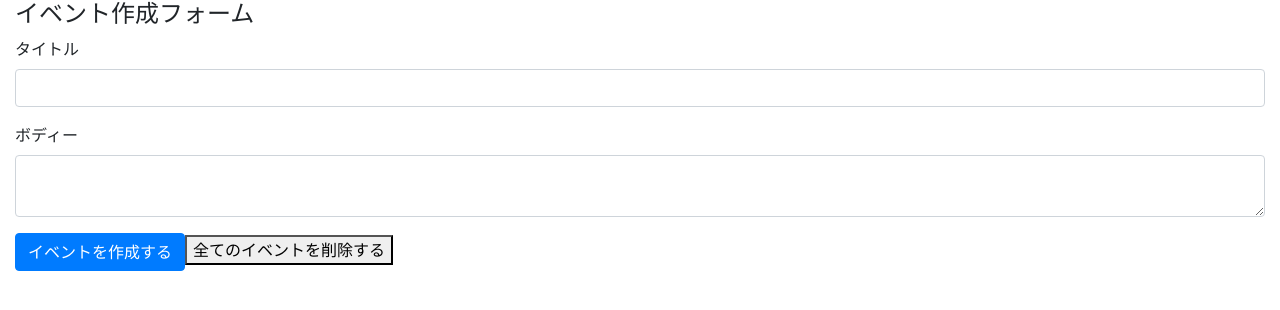
Repository: yujiuehara/my-app
Page: /
An editor plug-in stored every save of this project. The page is shown before and after the next save, followed by the edit.
The browser window is 1280 px wide. The pictures show the whole page.
The project was rebuilt for these pictures with package versions that can differ from the ones it lists, and the page was loaded fresh each time.

Above is the page before, as saved 2020-05-04 02:11:15.

### src/components/App.js
import React from 'react';
import 'bootstrap/dist/css/bootstrap.min.css'

const App = () => {
  return (
    <div className="container-fluid">
      <h4>イベント作成フォーム</h4>
      <form>
        <div className="form-group">
          <label htmlFor="formEventTitle">タイトル</label>
          <input className="form-control" id="formEventTitle"/>
        </div>

        <div className="form-group">
          <label htmlFor="formEventBody">ボディー</label>
          <textarea className="form-control" id="formEventBody"/>
        </div>

        <button className="btn btn-primary">イベントを作成する</button>
        <button>全てのイベントを削除する</button>
      </form>
    </div>
  );
}

export default App;

Loaded but not shown: public/index.html (common file); src/index.js (common file); src/index.css (common file); src/serviceWorker.js (common file)

After the next save:
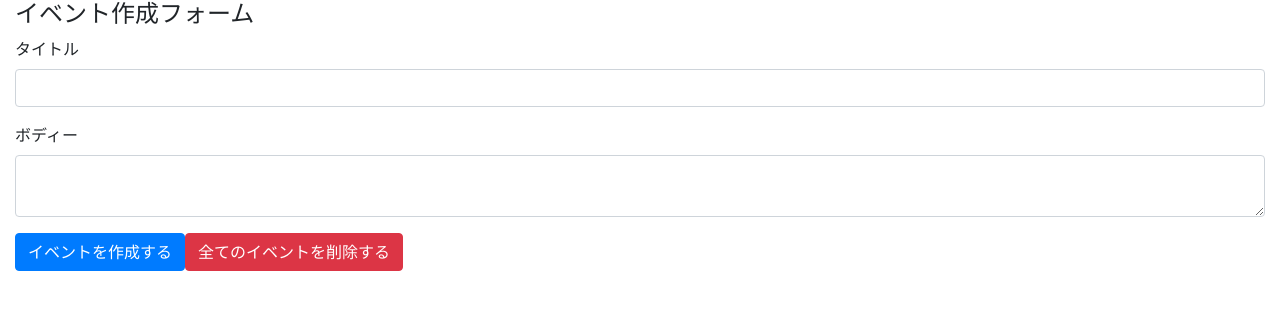
Saved 13 s later.
--- a/src/components/App.js
+++ b/src/components/App.js
@@ -17,7 +17,7 @@ const App = () => {
         </div>
 
         <button className="btn btn-primary">イベントを作成する</button>
-        <button>全てのイベントを削除する</button>
+        <button className="btn btn-danger">全てのイベントを削除する</button>
       </form>
     </div>
   );
